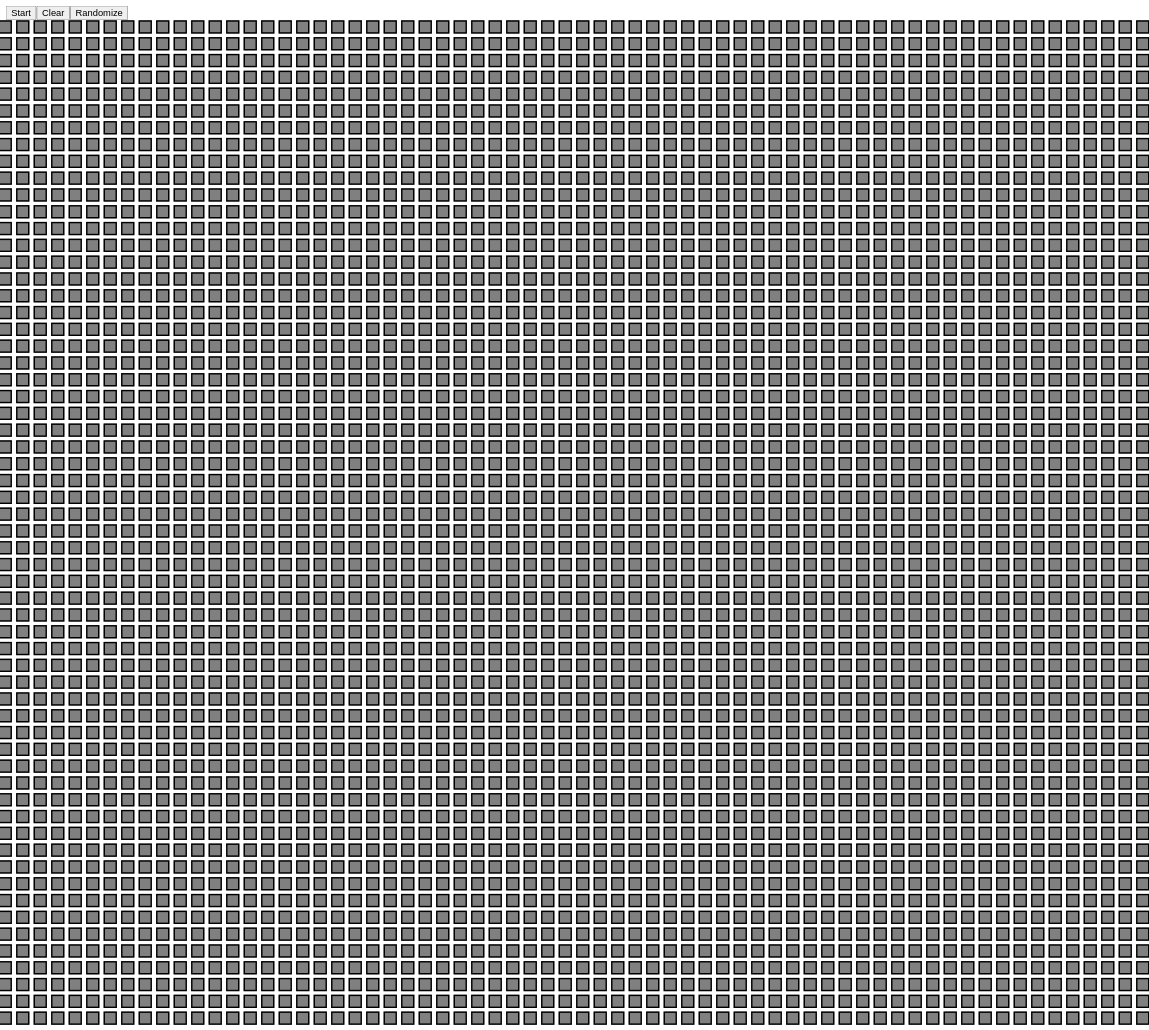
Repository: avanbussum/cellular-automata
Page: /
The author's editor kept a copy of each file at every save. The page is drawn from the files as they stood at one save, then again after a run of saves.
The browser window is 1280 px wide. The page is 1642 px wide, then 1280 px, so the pictures cover 1642 px, including what lies to the right of the window. The pictures show the whole page, at 70% of full size.
The project was rebuilt for these pictures with package versions that can differ from the ones it lists, and the page was loaded fresh each time.

Above is the page before, as saved 2022-05-01 18:19:07.

### src/App.js
import React, { useState, useCallback, useRef } from 'react'
import Produce from 'immer';

const numRows = 60;
const numCols = 80;

let rps = false;

// const cell = {alive: 0, type: 0, color: ''};
//const deadcell = {dead: 0, type: 0, color: ''};


const neighborCoordinates = [
  [0, 1],
  [0, -1],
  [1, 1],
  [1, -1],
  [-1, 0],
  [-1, 1],
  [-1, -1],
  [1, 0]
]

const resetGrid = () => {
  const rows = [];
  for (let i = 0; i < numRows; i++) {
    rows.push(Array.from(Array(numCols), () => { const cell = { alive: 0, type: '', color: 'purple' }; return (cell) }
    ))
  }
  console.log(rows.join(rows.type))
  return rows;
}

export const App = () => {
  const [grid, setGrid] = useState(() => {
    return resetGrid()
  });

  const [running, setRunning] = useState(false)

  const runningRef = useRef(running);
  runningRef.current = running

  const runSimulation = useCallback(() => {
    if (!runningRef.current) {
      return;
    }
    setGrid((grid) => {
      return Produce(grid, gridCopy => {
        for (let x = 0; x < numRows; x++) {
          for (let y = 0; y < numCols; y++) {
            let neighbors = 0;
            neighborCoordinates.forEach(([a, b]) => {
              const newX = x + a;
              const newY = y + b;

              if (newX >= 0 && newX < numRows && newY >= 0 && newY < numCols) {
                neighbors += grid[newX][newY].alive
              }
            })

            // "game of life - rules"

            // if (neighbors < 2 || neighbors > 3) {
            //   gridCopy[x][y].alive = 0;
            // } else if (grid[x][y].alive === 0 && neighbors === 3) {
            //   gridCopy[x][y].alive = 1;
            // }

            //"seeds"

            // if (grid[x][y].alive === 1 && neighbors === 2) {
            //   gridCopy[x][y].alive = 1;
            // } else if (grid[x][y].alive === 0 && neighbors === 2) {
            //   gridCopy[x][y].alive = 1;
            // } else {
            //   gridCopy[x][y].alive = 0;
            // }

            // "RPS"
            rps = true
            let r = 0;
            let p = 0;
            let s = 0;
            console.log(s)

            neighborCoordinates.forEach(([a, b]) => {
              const newX = x + a;
              const newY = y + b;

              if (newX >= 0 && newX < numRows && newY >= 0 && newY < numCols) {
                if (grid[newX][newY].type === 'scissors') s++;
                if (grid[newX][newY].type === 'rock') r++;
                if (grid[newX][newY].type === 'paper') p++;
              }
            })

            let cur = grid[x][y];
            if (cur.alive) {
              switch (cur.type) {
                case 'rock':
                  if (p>2) {
                    gridCopy[x][y].type = 'paper';
                    gridCopy[x][y].color = 'green';
                  }
                break;

                case 'paper':

                  if (s>2) {
                    gridCopy[x][y].type = 'scissors';
                    gridCopy[x][y].color = 'red';
                  }
                break;

                case 'scissors':
                  if (r>2) {
                    gridCopy[x][y].type = 'rock';
                    gridCopy[x][y].color = 'blue';
                  }
                break;
              }
            }



          }
        }
      });
    });


    setTimeout(runSimulation, 0.1);
  }, []);




  return (
    <>
      <button
        onClick={() => {
          setRunning(!running);
          if (!running) {
            runningRef.current = true;
            runSimulation();
          }
        }}
      >
        {running ? 'Stop' : 'Start'}
      </button>
      <button onClick={() => setGrid(resetGrid())}>Clear</button>
      <button
        onClick={() => {
          const rows = [];

          for (let i = 0; i < numRows; i++) {
            rows.push(
              Array.from(Array(numCols), () => {
                const cell = { alive: 0, type: '', color: 'purple' };
                let prob = 0.4;
                if (rps === true) prob = 1
                if (Math.random() < prob) {
                  cell.alive = 1;
                }
                else {
                  cell.alive = 0;
                }

                if (rps === true) {
                  if (Math.random() < 1 / 3) {
                    cell.type = 'rock';
                    cell.color = 'blue'
                  }
                  else if (Math.random() > 2 / 3) {
                    cell.type = 'paper';
                    cell.color = 'green'

                  }
                  else {
                    cell.type = 'scissors';
                    cell.color = 'red'
                  }
                }

                return cell;
              })
            );
          }
          console.log(rows)
          setGrid(rows);
        }}
      >
        Randomize
      </button>

      <div
        style={{
          display: 'grid',
          gridTemplateColumns: `repeat(${numCols}, 10px)`,
          rowGap: '5px',
          columnGap: '15px',
          justifyContent: 'center',
        }}
      >
        {grid.map((rows, x) =>
          rows.map((col, y) => (
            <div
              onClick={() => {
                const newGrid = Produce(grid, (gridCopy) => {
                  gridCopy[x][y].alive = grid[x][y].alive ? 0 : 1;
                });
                setGrid(newGrid);
              }}
              key={`${x}-${y}`}
              style={{
                width: 15,
                height: 15,
                backgroundColor: grid[x][y].alive ? grid[x][y].color : 'gray',
                border: 'solid 2px black',
              }}
            />
          ))
        )}
      </div>
    </>
  );
}

export default App;

Loaded but not shown: public/index.html (common file); src/index.js (common file); src/reportWebVitals.js (common file)

After the next 2 saves:
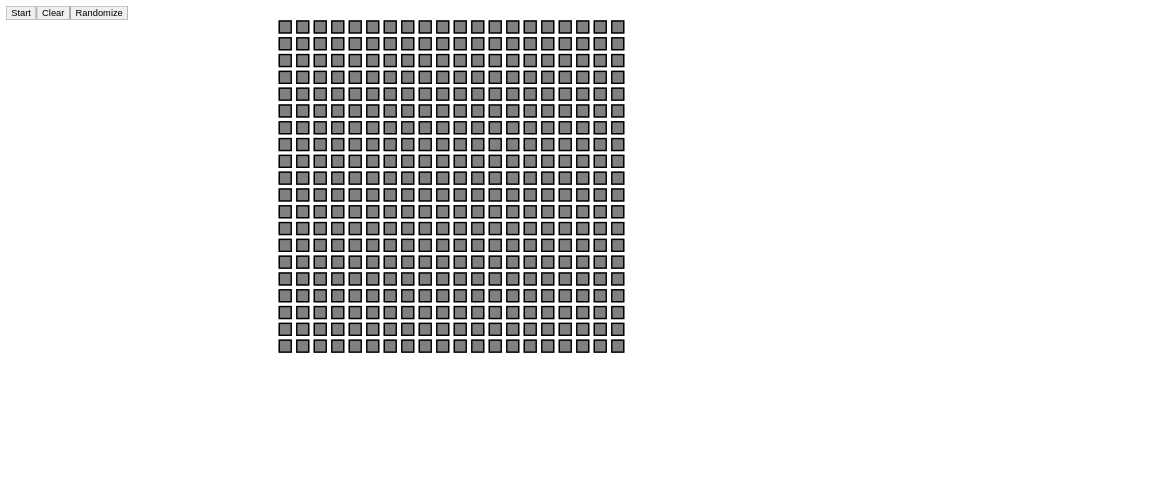
The 2 saves are shown as one change because they came seconds apart.
The last was saved 362 days later.
--- a/src/App.js
+++ b/src/App.js
@@ -1,8 +1,8 @@
 import React, { useState, useCallback, useRef } from 'react'
 import Produce from 'immer';
 
-const numRows = 60;
-const numCols = 80;
+const numRows = 20;
+const numCols = 20;
 
 let rps = false;
 
